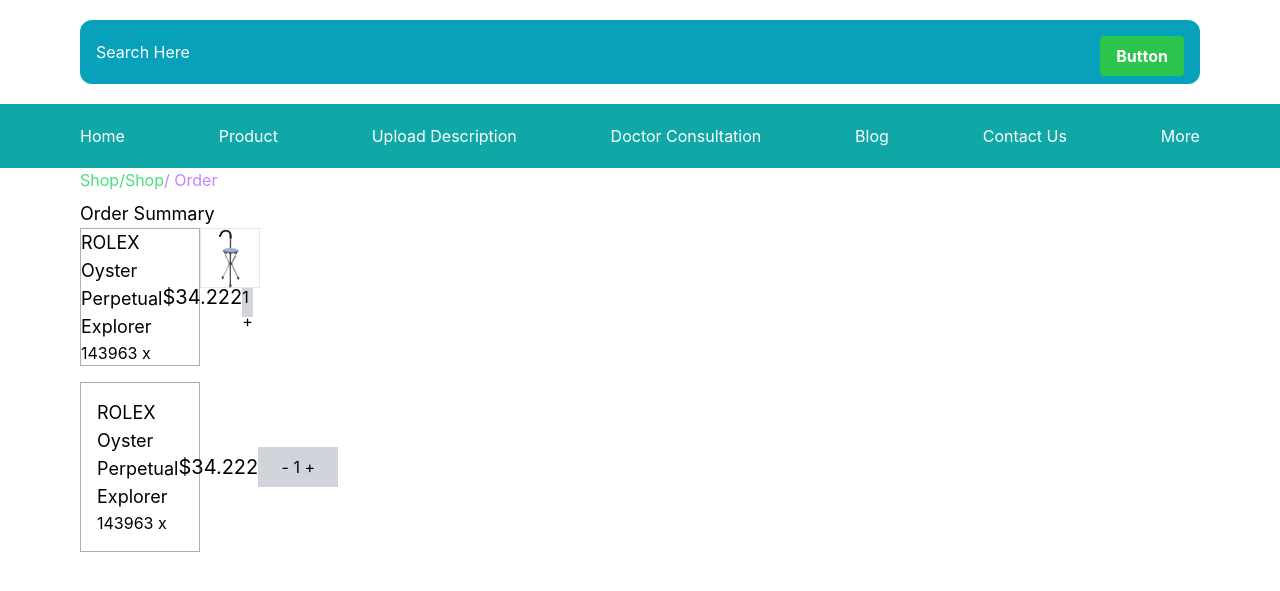
Repository: arafatmollah/pharma
Page: /
The author's editor kept a copy of each file at every save. The page is drawn from the files as they stood at one save, then again after the next save.
The browser window is 1280 px wide. The pictures show the whole page.
The project was rebuilt for these pictures with package versions that can differ from the ones it lists, and the page was loaded fresh each time.

Above is the page before, as saved 2023-03-12 21:48:07.

After the next save:
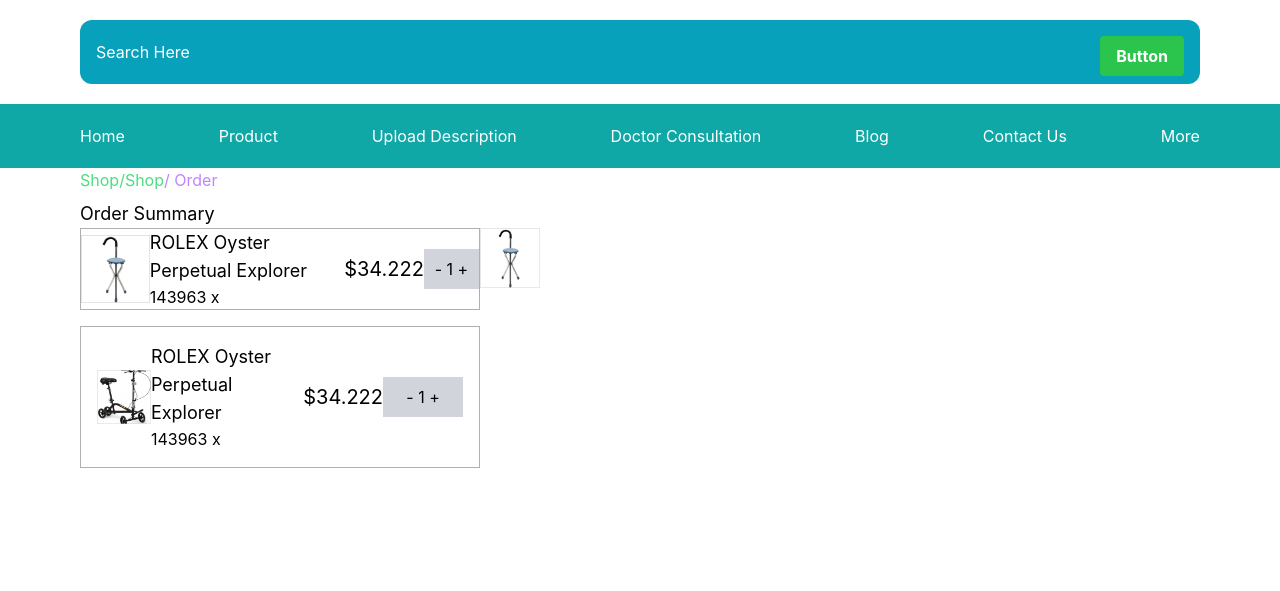
Saved 11 s later.
--- a/src/App.css
+++ b/src/App.css
@@ -21,5 +21,5 @@
 }
 .list{
   display: grid;
-  grid-template-columns: 120px 60px;
+  grid-template-columns: 400px 60px;
 }
